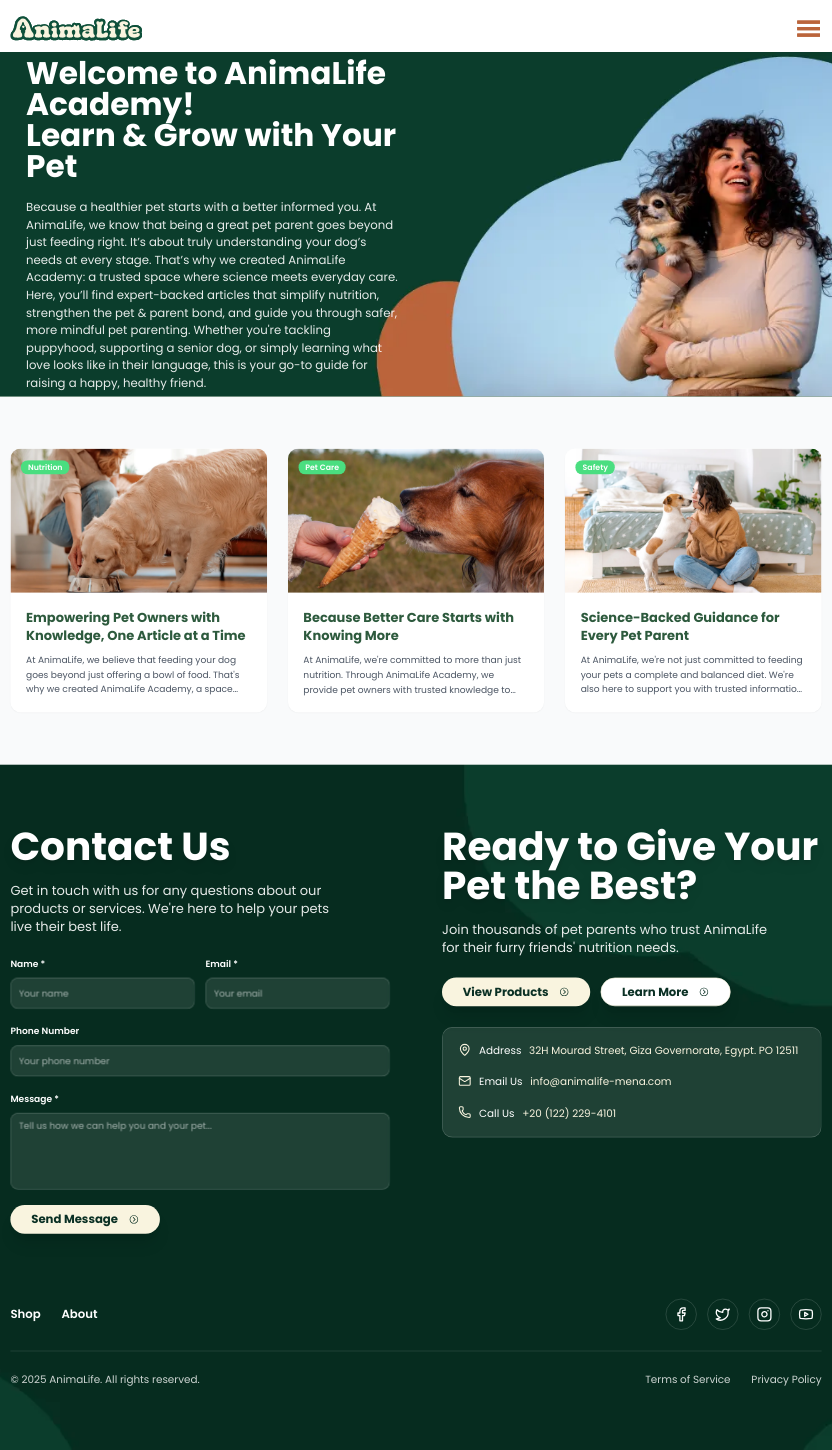
Repository: the-jupiteragency/animalife
Page: /academy
The author's editor kept a copy of each file at every save. The page is drawn from the files as they stood at one save, then again after the next save.
The browser window is 1280 px wide. The pictures show the whole page, at 65% of full size.
The project was rebuilt for these pictures with package versions that can differ from the ones it lists, and the page was loaded fresh each time. The framework's server and built-in components were replaced by stand-ins that run in the browser. Also part of the build but not shown: next.config.mjs.

Above is the page before, as saved 2025-08-05 09:37:28.

After the next save:
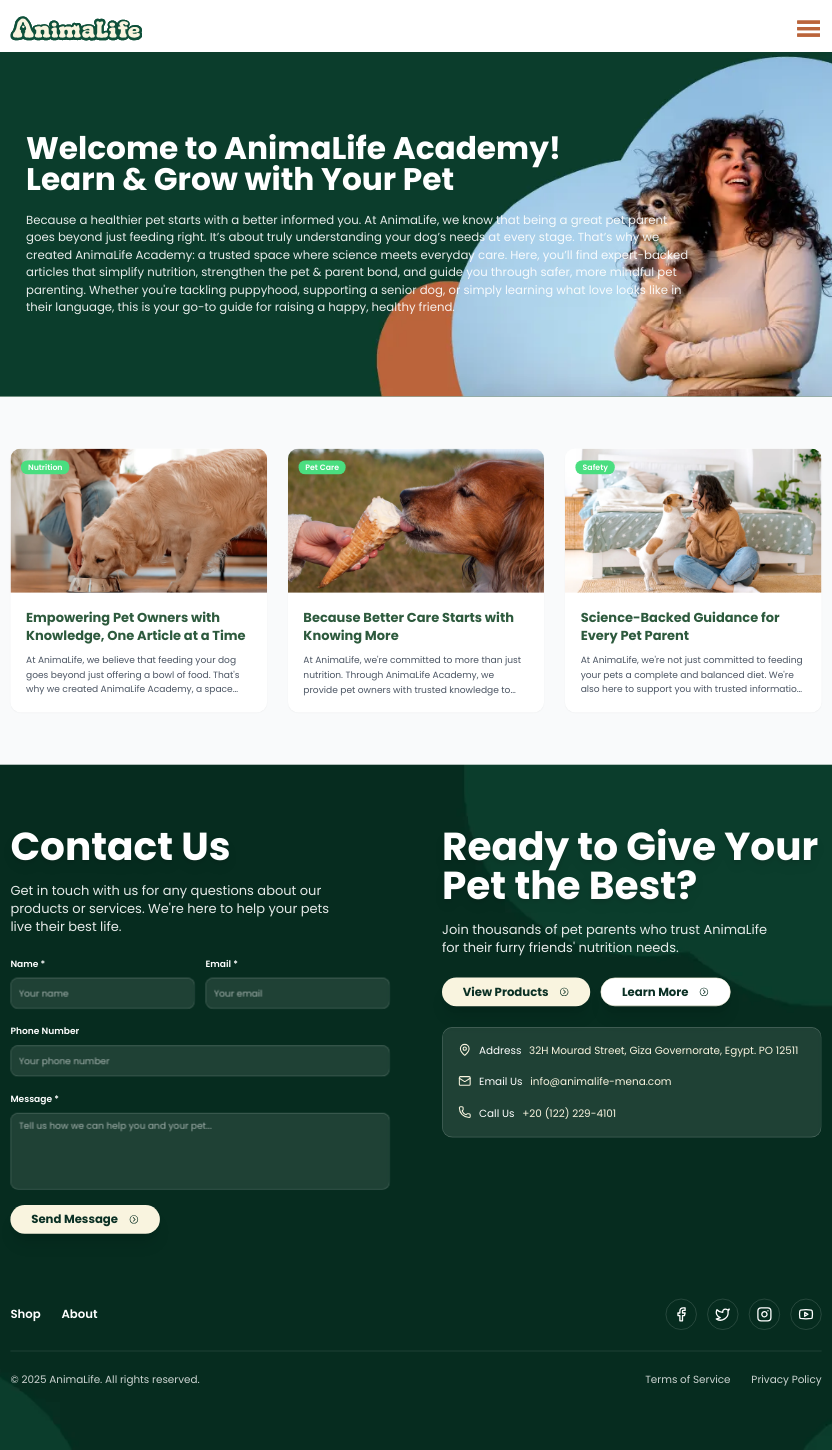
Saved 5 s later.
--- a/app/academy/page.tsx
+++ b/app/academy/page.tsx
@@ -29,7 +29,7 @@
             />
           </div>
           <div className="relative z-10 px-10 mx-auto  h-full flex items-center">
-            <div className="max-w-xl">
+            <div className="max-w-5xl">
               <h1 className="text-4xl md:text-5xl font-bold text-white mb-6">
                 Welcome to AnimaLife Academy!
                 <br />
